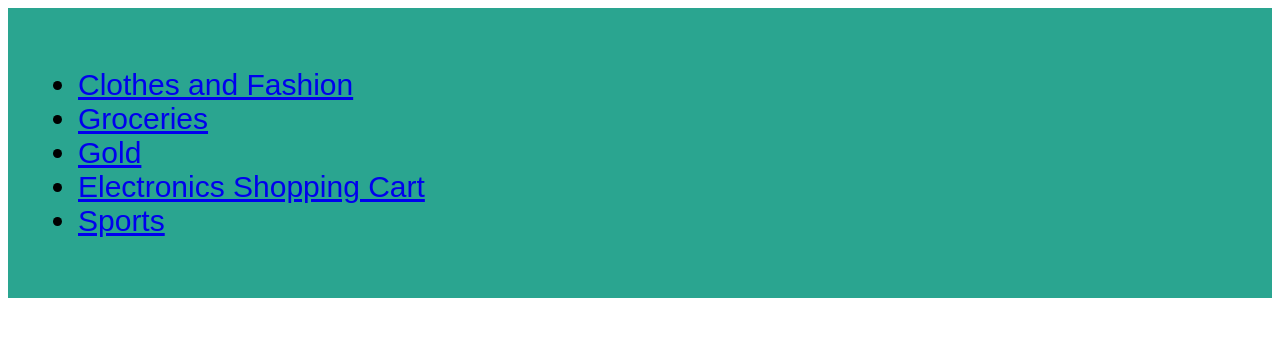
Repository: Maheshbabur789/BookStore
Page: MyLabs/OnlineMarketing/src/main/webapp/login.html
These files come from the project's save history. The page is drawn as it stood at one moment and after the next save; the edit follows.
The browser window is 1280 px wide. The pictures show the whole page.

Above is the page before, as saved 2024-11-07 11:17:28.

After the next save:
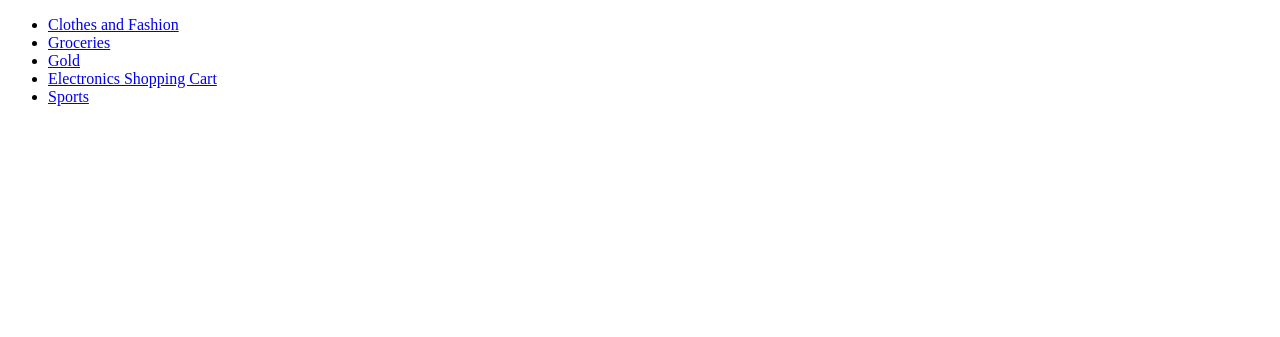
Saved 6 s later.
--- a/MyLabs/OnlineMarketing/src/main/webapp/login.html
+++ b/MyLabs/OnlineMarketing/src/main/webapp/login.html
@@ -5,14 +5,7 @@
 <title>Insert title here</title>
 
 <style>
-    header{
-            font-size: 30px;
-            font-family:Arial;
-            display: flex;
-            justify-content: space-between;
-            padding: 30px;
-            background-color: rgb(42, 165, 144);
-        }
+
 </style>
 </head>
 <body>
